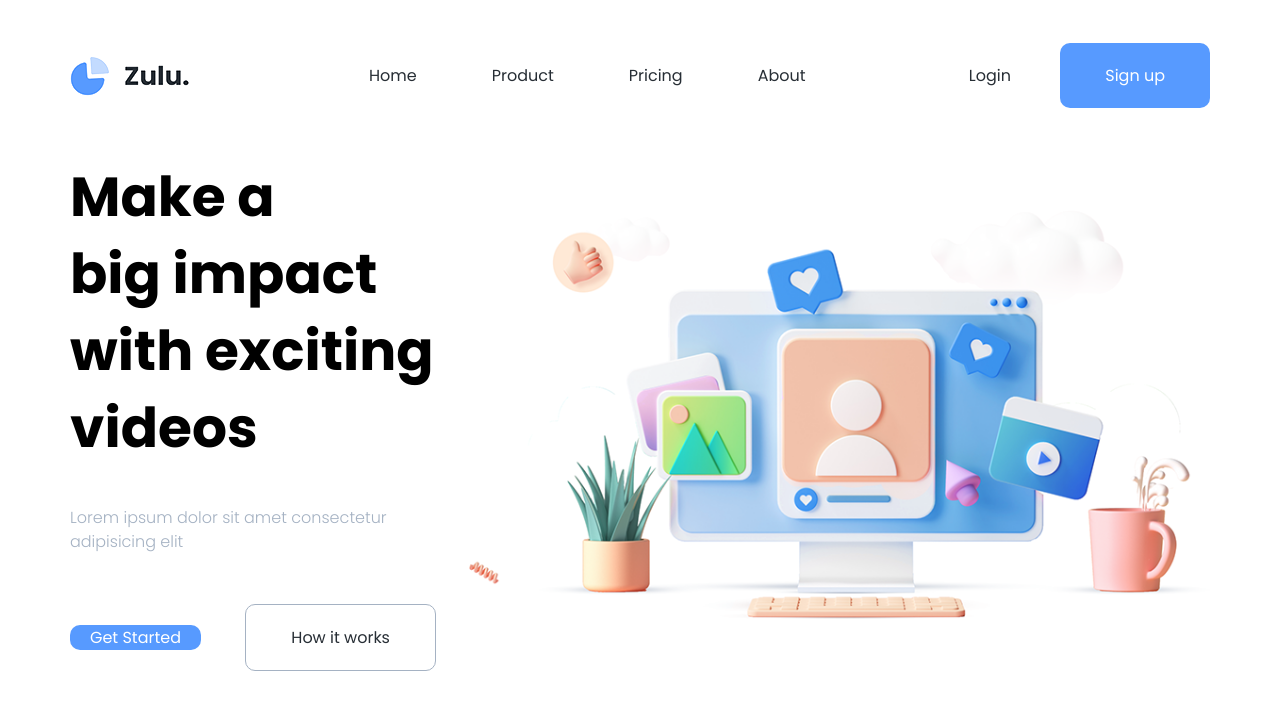
Repository: baodien1405/zulu-landing-page
Page: index.html
The author's editor kept a copy of each file at every save. The page is drawn from the files as they stood at one save, then again after the next save.
The browser window is 1280 px wide. The pictures show the whole page.
The style sheet was rebuilt from its Sass, Less or Tailwind sources for each picture, by a compiler version that may differ from the author's.

Above is the page before, as saved 2021-06-22 15:56:14.

### index.html
<!DOCTYPE html>
<html lang="en">
<head>
  <meta charset="UTF-8">
  <meta http-equiv="X-UA-Compatible" content="IE=edge">
  <meta name="viewport" content="width=device-width, initial-scale=1.0">
  <link rel="preconnect" href="https://fonts.gstatic.com">
  <link href="https://fonts.googleapis.com/css2?family=Poppins:wght@300;400;600;700&display=swap" rel="stylesheet">
  <link rel="stylesheet" href="./styles.css">
  <title>Zulu</title>
</head>
<body>
  <div class="wrapper">
    <div class="container">
      <header class="header">
        <a href="index.html" class="header-logo">
          <img src="/images/logo.png" alt="" class="header-logo-image">
        </a>
        <ul class="header-menu">
          <li class="header-menu-item">
            <a href="#" class="header-menu-link">Home</a>
          </li>
          <li class="header-menu-item">
            <a href="#" class="header-menu-link">Product</a>
          </li>
          <li class="header-menu-item">
            <a href="#" class="header-menu-link">Pricing</a>
          </li>
          <li class="header-menu-item">
            <a href="#" class="header-menu-link">About</a>
          </li>
        </ul>
        <div class="header-auth">
          <a href="#" class="button">Login</a>
          <a href="#" class="button button--primary">Sign up</a>
        </div>
      </header>

      <section class="banner">
        <div class="banner-info">
          <h1 class="banner-heading">
            <span>Make a</span> <span>big impact</span> <span>with exciting</span> <span>videos</span>
          </h1>
          <p class="banner-desc">
            Lorem ipsum dolor sit amet consectetur adipisicing elit
          </p>
          <div class="banner-links">
            <a href="#" class="button button--primary">Get Started</a>
            <a href="#" class="button button--outline">How it works</a>
          </div>
        </div>
        <img src="./images/img1.png" alt="" class="banner-image">
      </section>
    </div>
  </div>
</body>
</html>

### styles.scss
@import "variables";
@import "global";
@import "header";
@import "banner";

### _variables.scss
$gray-dark: #272e35;
$gray-blur: #a5b2c3;
$primary-color: #579aff;

### _global.scss
* {
  margin: 0;
  padding: 0;
  box-sizing: border-box;
}

body {
  overflow-x: hidden;
}

img {
  display: block;
  max-width: 100%;
}

a {
  text-decoration: none;
}

body {
  font-family: "Poppins", sans-serif;
  font-size: 16px;
  line-height: 1;
  background-color: #fff;
}

.wrapper {
  max-width: 1440px;
  margin: 0 auto;
}

.container {
  max-width: 1170px;
  padding: 0 15px;
  margin: 0 auto;
}

.button {
  display: inline-block;
  font-size: 16px;
  padding: 20px 45px;
  color: $gray-dark;
  background-color: transparent;
  border-radius: 10px;
  line-height: normal;
  &--primary {
    color: #fff;
    background-color: $primary-color;
  }
  &--outline {
    border: 1px solid $gray-blur;
  }
}

### _header.scss
.header {
  padding-top: 43px;
  display: flex;
  align-items: center;

  &-logo {
    display: block;
    margin-right: 180px;
  }

  &-menu {
    display: flex;
    align-items: center;
    list-style: none;

    &-item:not(:first-child) {
      margin-left: 75px;
    }

    &-link {
      color: $gray-dark;
      transition: color 0.2s ease-in-out;
      &:hover {
        color: $primary-color;
      }
    }
  }

  &-auth {
    margin-left: auto;
  }
}

### _banner.scss
.banner {
  display: flex;
  align-items: center;
  padding-top: 50px;

  &-info {
    width: 35%;
  }

  &-image {
    width: 65%;
  }

  &-heading {
    font-size: 55px;
    line-height: 1.4;
    margin-bottom: 40px;

    & span {
      display: block;
    }
  }

  &-desc {
    font-weight: 300;
    line-height: 1.5;
    color: $gray-blur;
    margin-bottom: 50px;
  }

  &-links {
    .button:first-child {
      margin-right: 40px;
      padding: 0 20px;
    }
  }
}

After the next save:
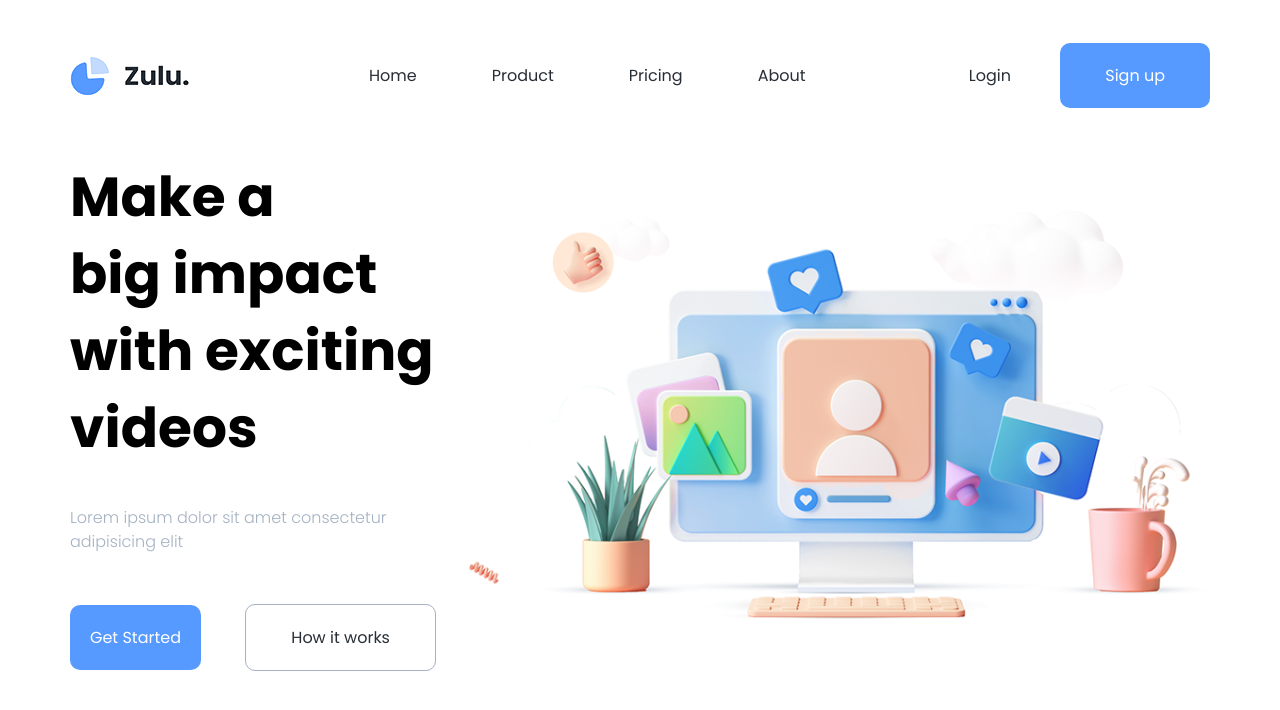
Saved 12 s later.
--- a/_banner.scss
+++ b/_banner.scss
@@ -31,7 +31,7 @@
   &-links {
     .button:first-child {
       margin-right: 40px;
-      padding: 0 20px;
+      padding: 20px 20px;
     }
   }
 }
